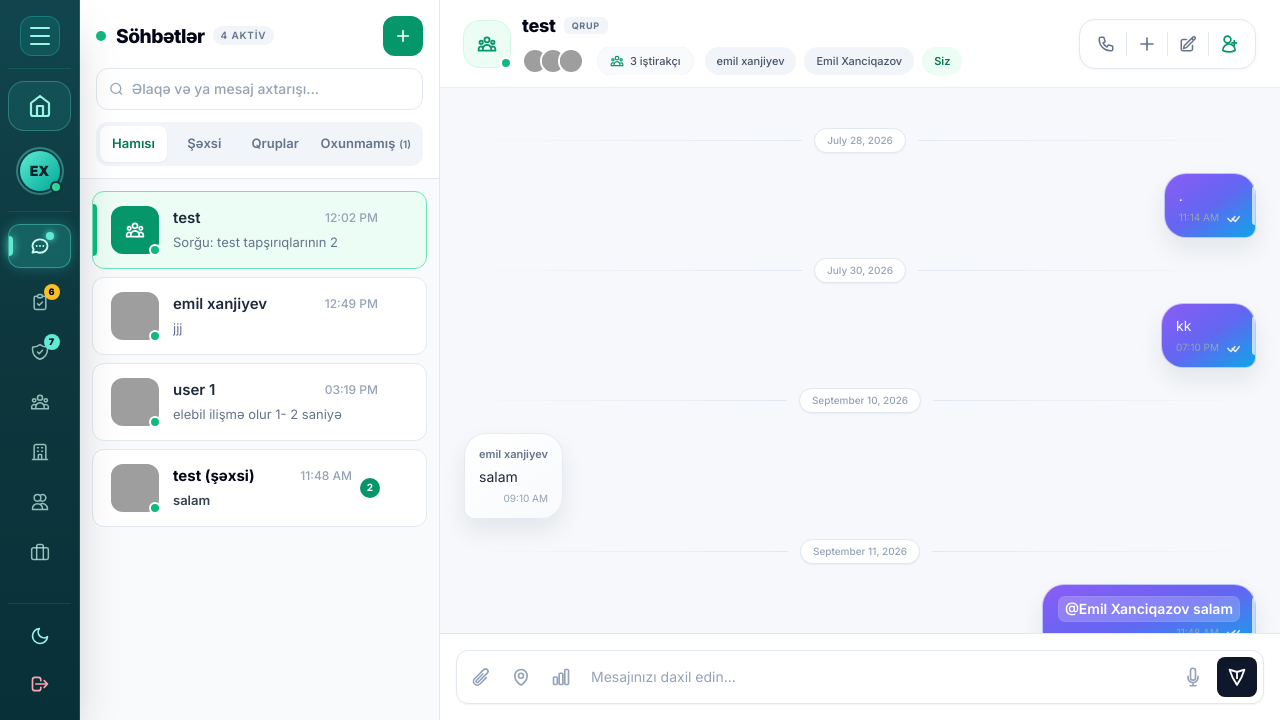
Repository: Murad-Ahmedov7/ticket-app
Page: /
These files come from the project's save history. The page is drawn as it stood at one moment and after the next save; the edit follows.
The browser window is 1280 px wide. The pictures show the whole page.
Pictures or frames that could not be fetched are drawn as grey boxes. An inner scrolling area shows only its first screen. The project was rebuilt for these pictures with package versions that can differ from the ones it lists, and the page was loaded fresh each time. Also part of the build but not shown: vite.config.js, src/components/chat/ReplyQuote.jsx, src/components/chat/ReactionPicker.jsx, src/components/tasks/TaskKanban.jsx, src/components/tasks/TaskCalendar.jsx, src/components/modals/AudioCallModal.jsx, src/utils/pollOptionDrag.js, src/components/modals/PollModal.jsx and 13 more.

Above is the page before, as saved 2026-09-30 22:29:36.

### index.html
<!DOCTYPE html>
<html lang="az">
  <head>
    <meta charset="UTF-8" />
    <meta name="viewport" content="width=device-width, initial-scale=1.0, maximum-scale=1.0, user-scalable=no" />
    <title>Halal - Müasir Kommunikasiya və Tapşırıq Platforması (Halal 1 - 16)</title>
    <link rel="preconnect" href="https://fonts.googleapis.com" />
    <link rel="preconnect" href="https://fonts.gstatic.com" crossorigin />
    <link href="https://fonts.googleapis.com/css2?family=Inter:wght@300;400;500;600;700;800;900&family=JetBrains+Mono:wght@400;500;600;700&display=swap" rel="stylesheet" />
  </head>
  <body class="bg-slate-100 dark:bg-slate-950 text-slate-800 dark:text-slate-100 font-sans antialiased overflow-hidden h-screen select-none">
    <div id="root" class="flex h-full"></div>
    <script type="module" src="/src/main.jsx"></script>
  </body>
</html>

### src/main.jsx
import React from "react";
import { createRoot } from "react-dom/client";
import App from "./App.jsx";
import "./index.css";

createRoot(document.getElementById("root")).render(
  <React.StrictMode>
    <App />
  </React.StrictMode>,
);

### src/components/chat/ChatView.jsx
import { useState } from 'react';
import ConversationList from './ConversationList.jsx';
import ChatHeader from './ChatHeader.jsx';
import MessageList from './MessageList.jsx';
import MessageComposer from './MessageComposer.jsx';
import ReactionPicker from './ReactionPicker.jsx';

export default function ChatView({ conversations, messages, activeChatId, chatCategory, onCategory, onSelect, onDelete, onModal,
  onSend, onFile, onLocation, onVoice, onReaction, onVote, notify, reply, onReply, onCancelReply, onTaskDetail }) {

    const [reaction, setReaction] = useState(null);
    const [showConversationList, setShowConversationList] = useState(false);
    const conversation = conversations.find(c => c.id === activeChatId);

  return <section className="chat-layout flex-1 flex flex-col h-full overflow-hidden min-w-0" data-list-open={showConversationList || !conversation}>
    <nav className="chat-view-tabs shrink-0 gap-2 border-b border-slate-200 bg-white p-2 dark:border-slate-700 dark:bg-slate-900" aria-label="Söhbət görünüşü">
      <button type="button" aria-pressed={showConversationList || !conversation} onClick={() => { setShowConversationList(true); setReaction(null); }} className="min-w-0 flex-1 rounded-lg px-3 py-2 text-xs font-bold text-slate-600 aria-pressed:bg-teal-600 aria-pressed:text-white dark:text-slate-200">Söhbətlər</button>
      <button type="button" disabled={!conversation} aria-pressed={!showConversationList && !!conversation} onClick={() => setShowConversationList(false)} className="min-w-0 flex-1 truncate rounded-lg px-3 py-2 text-xs font-bold text-slate-600 aria-pressed:bg-teal-600 aria-pressed:text-white disabled:opacity-40 dark:text-slate-200">{conversation?.name || 'Mesajlar'}</button>
    </nav>
    <div className="chat-workspace flex min-h-0 min-w-0 flex-1" data-list-open={showConversationList || !conversation}>
    <div className="chat-conversations">
    <ConversationList conversations={conversations} activeChatId={activeChatId} chatCategory={chatCategory} onCategory={onCategory} onSelect={id => { onSelect(id); setShowConversationList(false); setReaction(null); }} onDelete={onDelete} onNewChat={() => onModal('newChat')} />
    </div>
    <div className="chat-panel flex-1 flex flex-col h-full bg-white dark:bg-slate-950 overflow-hidden min-w-0 relative">
      {conversation && <>
        <ChatHeader onShowConversations={() => setShowConversationList(true)} conversation={conversation} onCall={() => onModal('audioCall')} onCreateTask={() => onModal('createTask')} onInfo={() => onModal('chatInfo')} onAddMember={() => onModal('groupBulk')} />
        <MessageList messages={messages[activeChatId] || []} activeChatId={activeChatId} onReactionPicker={(event, id) => { event.stopPropagation(); const rect = event.currentTarget.getBoundingClientRect(); setReaction({ id, top: rect.top, left: rect.left }); }} onReaction={onReaction} onReply={onReply} onEdit={message => onModal('editMessage', message)} onCreateTask={message => onModal('createTask', { title: message.text?.slice(0, 30) || 'Söhbət tapşırığı', comment: `Mesajdan yaradıldı: "${message.text || ''}"` })} onTaskDetail={onTaskDetail} onVote={onVote} notify={notify} />
        <MessageComposer reply={reply} onCancelReply={onCancelReply} onSend={onSend} onFile={onFile} onLocation={onLocation} onPoll={() => onModal('poll')} onVoice={onVoice} notify={notify} />
      </>}
      {reaction && <ReactionPicker position={reaction} onClose={() => setReaction(null)} onReact={emoji => { onReaction(reaction.id, emoji); setReaction(null); }} />}
    </div>
    </div>
  </section>;
}

### src/components/common/ToastContainer.jsx
import { useEffect, useState } from 'react';

function Toast({ toast, onDismiss }) {
  const [phase, setPhase] = useState('enter');
  useEffect(() => {
    const frame = requestAnimationFrame(() => setPhase('visible'));
    const fade = setTimeout(() => setPhase('exit'), 2800);
    const remove = setTimeout(() => onDismiss(toast.id), 3100);
    return () => { cancelAnimationFrame(frame); clearTimeout(fade); clearTimeout(remove); };
  }, [toast.id, onDismiss]);
  return <div className={`px-4 py-3 rounded-2xl bg-slate-900/90 dark:bg-white/95 text-white dark:text-slate-900 text-xs font-semibold shadow-2xl border border-white/10 backdrop-blur pointer-events-auto transform transition-all duration-300 flex items-center gap-2.5 ${phase === 'enter' ? 'translate-y-2 opacity-0' : phase === 'exit' ? '-translate-y-2 opacity-0' : ''}`}><span className="w-2 h-2 rounded-full bg-brand-500 shrink-0" /><span>{toast.message}</span></div>;
}

export default function ToastContainer({ toasts, onDismiss }) {
  return <div className="fixed top-5 right-5 z-[100] flex flex-col gap-2 pointer-events-none" aria-live="polite">{toasts.map(toast => <Toast key={toast.id} toast={toast} onDismiss={onDismiss} />)}</div>;
}

### src/components/chat/MessageComposer.jsx
import ReplyQuote from './ReplyQuote.jsx';
import { createReplySnapshot } from '../../utils/messageReply.js';
import {
  useEffect,
  useRef,
  useState
} from 'react';
import Icon from '../common/Icons.jsx';

export default function MessageComposer({
  reply,
  onCancelReply,
  onSend,
  onFile,
  onLocation,
  onPoll,
  onVoice,
  notify
}) {
  const [text, setText] =
    useState('');

  const [recording, setRecording] =
    useState(false);

  const input = useRef(null);
  const fileInput = useRef(null);

  useEffect(() => {
    if (reply) {
      input.current?.focus();
    }
  }, [reply]);

  function submit(event) {
    event.preventDefault();

    if (!text.trim()) return;

    onSend(text.trim());
    setText('');
  }

  return (
    <>
      {reply && (
        <div
          className="
            chat-reply
            flex
            min-w-0
            shrink-0
            items-center
            gap-2
            border-t
            border-slate-200
            bg-white
            px-4
            py-2
            dark:border-slate-800
            dark:bg-slate-900
          "
        >
          <div className="min-w-0 flex-1">
            <ReplyQuote
              reply={
                createReplySnapshot(reply)
              }
            />
          </div>

          <button
            type="button"
            onClick={onCancelReply}
            title="Cavabı ləğv et"
            className="
              flex
              h-9
              w-9
              items-center
              justify-center
              rounded-lg
              text-slate-400
              transition
              hover:bg-slate-100
              hover:text-slate-700
              dark:hover:bg-slate-800
            "
          >
            <Icon name="close" />
          </button>
        </div>
      )}

      <div
        className="
          chat-composer
          shrink-0
          border-t
          border-slate-200
          bg-white
          p-3
          dark:border-slate-800
          dark:bg-slate-900
          md:p-4
        "
      >
        <form
          onSubmit={submit}
          className="
            chat-compose-form
            relative
            flex
            items-center
            gap-1
            rounded-xl
            border
            border-slate-200
            bg-white
            p-1.5
            shadow-sm
            dark:border-slate-700
            dark:bg-slate-800
          "
        >
          <button
            type="button"
            onClick={() =>
              fileInput.current?.click()
            }
            className="
              rounded-lg
              p-2
              text-slate-400
              transition
              hover:bg-slate-100
              hover:text-slate-700
              dark:hover:bg-slate-700
            "
          >
            <Icon
              name="attachment"
              className="h-5 w-5"
            />
          </button>

          <input
            ref={fileInput}
            type="file"
            className="hidden"
            onChange={e => {
              if (e.target.files[0]) {
                onFile(e.target.files[0]);
              }

              e.target.value = '';
            }}
          />

          <button
            type="button"
            onClick={onLocation}
            className="
              rounded-lg
              p-2
              text-slate-400
              transition
              hover:bg-slate-100
              hover:text-slate-700
              dark:hover:bg-slate-700
            "
          >
            <Icon
              name="location"
              className="h-5 w-5"
            />
          </button>

          <button
            type="button"
            onClick={onPoll}
            className="
              rounded-lg
              p-2
              text-slate-400
              transition
              hover:bg-slate-100
              hover:text-slate-700
              dark:hover:bg-slate-700
            "
          >
            <Icon
              name="poll"
              className="h-5 w-5"
            />
          </button>

          <textarea
            ref={input}
            rows="1"
            value={text}
            onChange={e =>
              setText(e.target.value)
            }
            onKeyDown={e => {
              if (
                e.key === 'Enter' &&
                !e.shiftKey
              ) {
                submit(e);
              }
            }}
            placeholder="Mesajınızı daxil edin..."
            className="
              min-w-0
              w-0
              max-h-32
              flex-1
              resize-none
              bg-transparent
              px-2
              py-2
              text-xs
              text-slate-800
              placeholder:text-slate-400
              focus:outline-none
              dark:text-slate-100
              md:text-sm
            "
          />

          <button
            type="button"
            onClick={() => {
              if (recording) {
                onVoice();
              } else {
                notify?.(
                  'Mikrofon yazır... Tamamlamaq üçün yenidən vurun'
                );
              }

              setRecording(
                !recording
              );
            }}
            className={`
              rounded-lg
              p-2.5
              transition

              ${
                recording
                  ? `
                    animate-pulse
                    bg-rose-50
                    text-rose-500
                  `
                  : `
                    text-slate-400
                    hover:bg-slate-100
                    hover:text-slate-700
                    dark:hover:bg-slate-700
                  `
              }
            `}
          >
            <Icon
              name="mic"
              className="h-5 w-5"
            />
          </button>

          <button
            type="submit"
            className="
              rounded-lg
              bg-slate-900
              p-2.5
              text-white
              transition
              hover:bg-slate-800
              active:scale-95
              dark:bg-emerald-600
              dark:hover:bg-emerald-700
            "
          >
            <Icon
              name="send"
              className="h-5 w-5 rotate-90"
              strokeWidth={2.2}
            />
          </button>
        </form>
      </div>
    </>
  );
}

### src/components/chat/VoiceNote.jsx
import {
  useEffect,
  useRef,
  useState
} from 'react';

export default function VoiceNote({
  message,
  playing,
  onToggle,
  notify
}) {
  const audio = useRef(null);
  const [step, setStep] = useState(0);

  useEffect(() => {
    if (!playing) return;

    const Context =
      window.AudioContext ||
      window.webkitAudioContext;

    if (!Context) return;

    const ctx = new Context();
    audio.current = ctx;

    const osc = ctx.createOscillator();
    const gain = ctx.createGain();
    const filter = ctx.createBiquadFilter();

    osc.type = 'sawtooth';

    osc.frequency.setValueAtTime(
      220,
      ctx.currentTime
    );

    osc.frequency.exponentialRampToValueAtTime(
      330,
      ctx.currentTime + 2
    );

    osc.frequency.exponentialRampToValueAtTime(
      190,
      ctx.currentTime + 5
    );

    filter.type = 'bandpass';
    filter.frequency.setValueAtTime(
      800,
      ctx.currentTime
    );
    filter.Q.setValueAtTime(
      3,
      ctx.currentTime
    );

    gain.gain.setValueAtTime(
      0.08,
      ctx.currentTime
    );

    gain.gain.linearRampToValueAtTime(
      0.08,
      ctx.currentTime + 4.9
    );

    gain.gain.linearRampToValueAtTime(
      0.001,
      ctx.currentTime + 5
    );

    osc.connect(filter);
    filter.connect(gain);
    gain.connect(ctx.destination);

    ctx.resume().catch(() => {});

    osc.start();
    osc.stop(ctx.currentTime + 5);

    const interval = setInterval(
      () =>
        setStep(value => value + 1),
      100
    );

    return () => {
      clearInterval(interval);

      try {
        osc.stop();
      } catch {}

      osc.disconnect();
      filter.disconnect();
      gain.disconnect();

      ctx.close().catch(() => {});
      audio.current = null;
    };
  }, [playing]);

  const heights = [
    12, 20, 8, 24, 16, 8,
    20, 12, 24, 8, 16
  ];

  return (
    <div
      className="
        flex
        min-w-[230px]
        items-center
        gap-3
        rounded-2xl
        bg-slate-50/70
        px-2
        py-1.5
        dark:bg-slate-800/80
      "
    >
      <button
        onClick={onToggle}
        title={
          playing
            ? 'Səsi dayandır'
            : 'Səsi oxut'
        }
        className="
          flex
          h-10
          w-10
          shrink-0
          items-center
          justify-center
          rounded-full
          bg-gradient-to-br
          from-violet-500
          to-indigo-500
          text-white
          shadow-md
          shadow-violet-500/20
          transition
          hover:scale-[1.02]
          active:scale-95
        "
      >
        <svg
          className={`
            h-4
            w-4
            ${playing ? '' : 'ml-0.5'}
          `}
          fill="currentColor"
          viewBox="0 0 24 24"
        >
          <path
            d={
              playing
                ? 'M6 19h4V5H6v14zm8-14v14h4V5h-4z'
                : 'M8 5v14l11-7z'
            }
          />
        </svg>
      </button>

      <div className="flex min-w-0 flex-1 flex-col">
        <div
          className="
            flex
            h-7
            cursor-pointer
            items-end
            gap-1.5
            py-1
          "
          onClick={() =>
            notify?.(
              `Audio zaman xətti: ${message.duration}`
            )
          }
        >
          {heights.map((height, index) => (
            <span
              key={index}
              className={`
                audio-waveform-bar
                w-1.5
                rounded-full
                ${
                  playing
                    ? 'bg-gradient-to-t from-violet-500 to-sky-400'
                    : 'bg-slate-400'
                }
              `}
              style={{
                height: playing
                  ? Math.floor(
                      Math.sin(
                        (step + index) * 0.8
                      ) *
                        10 +
                        14
                    )
                  : height
              }}
            />
          ))}
        </div>

        <div
          className="
            flex
            items-center
            justify-between
            text-[10px]
            font-medium
            text-slate-500
            dark:text-slate-400
          "
        >
          <span>0:00</span>
          <span>{message.duration}</span>
        </div>
      </div>
    </div>
  );
}

Loaded but not shown: src/data/initialState.js (223 lines, source omitted); src/utils/helpers.js (40 lines, source omitted); src/utils/messageReply.js (35 lines, source omitted); tailwind.config.js (17 lines, source omitted); src/components/users/UsersView.jsx (824 lines, source omitted); src/components/employees/EmployeesView.jsx (817 lines, source omitted); src/components/groups/GroupsView.jsx (780 lines, source omitted); src/components/operator/OperatorView.jsx (582 lines, source omitted); src/App.jsx (335 lines, source omitted); src/components/chat/ChatHeader.jsx (630 lines, source omitted); src/components/companies/CompaniesView.jsx (603 lines, source omitted); src/components/tasks/TaskTable.jsx (654 lines, source omitted); src/components/chat/MessageBubble.jsx (662 lines, source omitted); src/components/chat/ConversationList.jsx (409 lines, source omitted); src/components/Sidebar.jsx (256 lines, source omitted); src/components/tasks/TasksView.jsx (252 lines, source omitted); src/index.css (124 lines, source omitted); src/components/common/Icons.jsx (41 lines, source omitted); src/components/chat/MessageList.jsx (203 lines, source omitted)

After the next save:
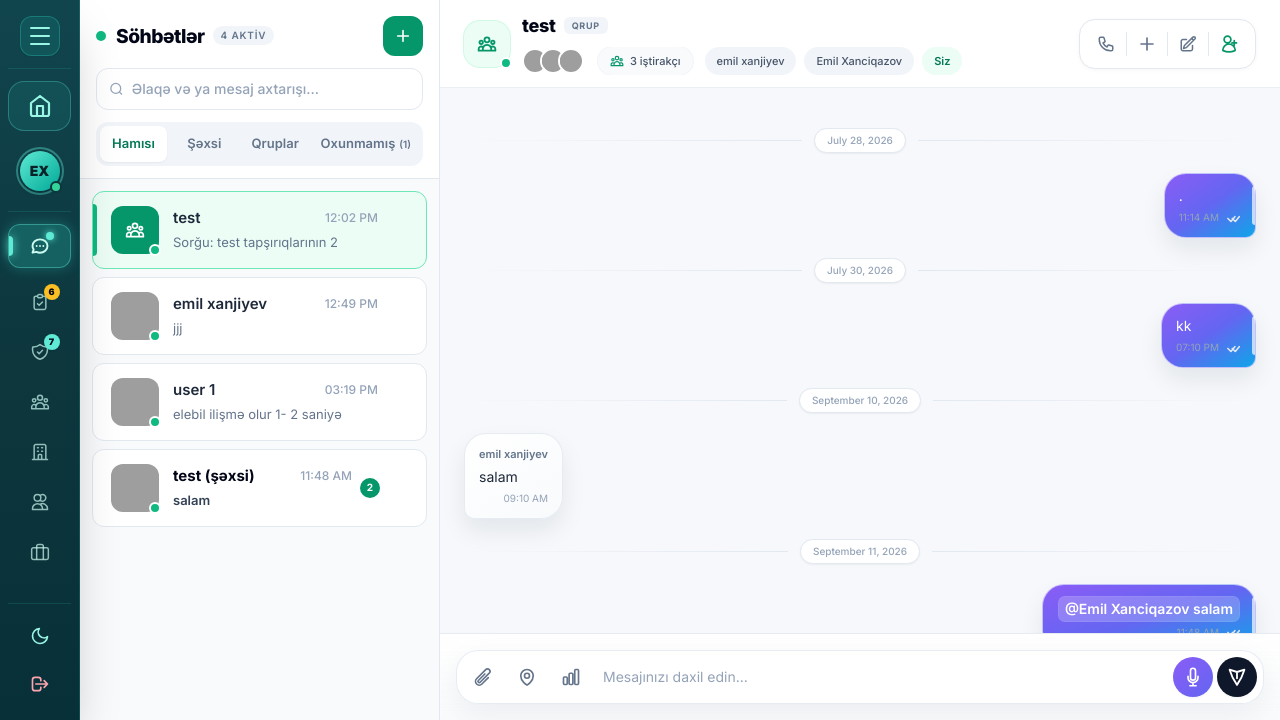
Saved 39 s later.
--- a/src/components/chat/MessageComposer.jsx
+++ b/src/components/chat/MessageComposer.jsx
@@ -53,12 +53,15 @@ export default function MessageComposer({
             items-center
             gap-2
             border-t
-            border-slate-200
-            bg-white
+            border-slate-200/80
+            bg-gradient-to-r
+            from-violet-50/80
+            to-sky-50/70
             px-4
-            py-2
+            py-2.5
             dark:border-slate-800
-            dark:bg-slate-900
+            dark:from-slate-900/80
+            dark:to-slate-900
           "
         >
           <div className="min-w-0 flex-1">
@@ -79,12 +82,19 @@ export default function MessageComposer({
               w-9
               items-center
               justify-center
-              rounded-lg
-              text-slate-400
-              transition
-              hover:bg-slate-100
-              hover:text-slate-700
-              dark:hover:bg-slate-800
+              rounded-full
+              bg-white/80
+              text-slate-500
+              shadow-sm
+              ring-1
+              ring-slate-200/80
+              transition
+              hover:bg-violet-50
+              hover:text-violet-700
+              dark:bg-slate-800
+              dark:text-slate-300
+              dark:ring-slate-700
+              dark:hover:bg-slate-700
             "
           >
             <Icon name="close" />
@@ -97,11 +107,14 @@ export default function MessageComposer({
           chat-composer
           shrink-0
           border-t
-          border-slate-200
-          bg-white
+          border-slate-200/80
+          bg-gradient-to-b
+          from-white
+          to-slate-50/90
           p-3
           dark:border-slate-800
-          dark:bg-slate-900
+          dark:from-slate-900
+          dark:to-slate-950
           md:p-4
         "
       >
@@ -113,14 +126,15 @@ export default function MessageComposer({
             flex
             items-center
             gap-1
-            rounded-xl
+            rounded-[22px]
             border
-            border-slate-200
-            bg-white
+            border-slate-200/80
+            bg-white/90
             p-1.5
-            shadow-sm
+            shadow-[0_10px_30px_rgba(15,23,42,0.06)]
+            backdrop-blur-sm
             dark:border-slate-700
-            dark:bg-slate-800
+            dark:bg-slate-800/90
           "
         >
           <button
@@ -129,13 +143,14 @@ export default function MessageComposer({
               fileInput.current?.click()
             }
             className="
-              rounded-lg
-              p-2
-              text-slate-400
-              transition
-              hover:bg-slate-100
-              hover:text-slate-700
+              rounded-full
+              p-2.5
+              text-slate-500
+              transition
+              hover:bg-violet-50
+              hover:text-violet-600
               dark:hover:bg-slate-700
+              dark:hover:text-violet-300
             "
           >
             <Icon
@@ -161,13 +176,14 @@ export default function MessageComposer({
             type="button"
             onClick={onLocation}
             className="
-              rounded-lg
-              p-2
-              text-slate-400
-              transition
-              hover:bg-slate-100
-              hover:text-slate-700
+              rounded-full
+              p-2.5
+              text-slate-500
+              transition
+              hover:bg-sky-50
+              hover:text-sky-600
               dark:hover:bg-slate-700
+              dark:hover:text-sky-300
             "
           >
             <Icon
@@ -180,13 +196,14 @@ export default function MessageComposer({
             type="button"
             onClick={onPoll}
             className="
-              rounded-lg
-              p-2
-              text-slate-400
-              transition
-              hover:bg-slate-100
-              hover:text-slate-700
+              rounded-full
+              p-2.5
+              text-slate-500
+              transition
+              hover:bg-emerald-50
+              hover:text-emerald-600
               dark:hover:bg-slate-700
+              dark:hover:text-emerald-300
             "
           >
             <Icon
@@ -245,22 +262,27 @@ export default function MessageComposer({
               );
             }}
             className={`
-              rounded-lg
-              p-2.5
-              transition
+              rounded-full
+              p-2.5
+              transition
+              shadow-sm
 
               ${
                 recording
                   ? `
                     animate-pulse
-                    bg-rose-50
-                    text-rose-500
+                    bg-gradient-to-br
+                    from-rose-500
+                    to-pink-500
+                    text-white
                   `
                   : `
-                    text-slate-400
-                    hover:bg-slate-100
-                    hover:text-slate-700
-                    dark:hover:bg-slate-700
+                    bg-gradient-to-br
+                    from-violet-500
+                    to-indigo-500
+                    text-white
+                    hover:from-violet-600
+                    hover:to-indigo-600
                   `
               }
             `}
@@ -274,15 +296,16 @@ export default function MessageComposer({
           <button
             type="submit"
             className="
-              rounded-lg
+              rounded-full
               bg-slate-900
               p-2.5
               text-white
+              shadow-sm
               transition
               hover:bg-slate-800
               active:scale-95
-              dark:bg-emerald-600
-              dark:hover:bg-emerald-700
+              dark:bg-violet-600
+              dark:hover:bg-violet-500
             "
           >
             <Icon
